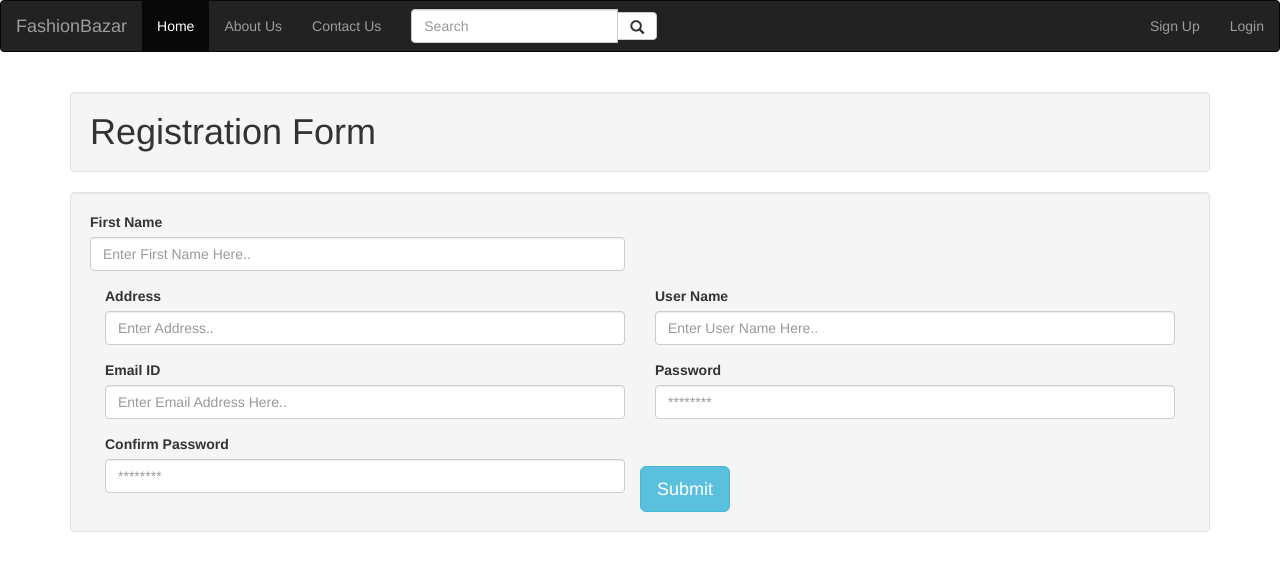
Repository: SmithaMendonca/Project-1
Page: http://localhost/FashionBazarFrontend/WEB-INF/views/Register.jsp
These files come from the project's save history. The page is drawn as it stood at one moment and after the next save; the edit follows.
The browser window is 1280 px wide. The pictures show the whole page.
The page is served by Tomcat 9. Nobody is signed in. Other server files are loaded and not shown. The template is opened directly, without the code that normally fills it, so the values that code supplies are empty.

Above is the page before, as saved 2019-06-05 13:42:18.

### FashionBazarFrontend/src/main/webapp/WEB-INF/views/Register.jsp
<%@include file="Header.jsp"%>
<div class="container">
    <h1 class="well">Registration Form</h1>
	<div class="col-lg-12 well">
	<div class="row">
				<form method="post" action="<c:url value="/registration"/>">
					<div class="col-sm-12">
						<div class="row">
							<div class="col-sm-6 form-group">
								<label>First Name</label>
								<input type="text" name="customerName" placeholder="Enter First Name Here.." class="form-control">
							</div>
						</div>
						<div class="col-sm-6 form-group">
							<label>Address</label>
							<input type="text"  class="form-control" name="address" placeholder="Enter Address..">
						</div>
						<div class="col-sm-6 form-group">
						<label>User Name</label>
						<input type="text" name="userName" placeholder="Enter User Name Here.." class="form-control">
					</div>
					<div class="col-sm-6 form-group">
						<label>Email ID</label>
						<input type="text" name="email" placeholder="Enter Email Address Here.." class="form-control">
					</div>
					<div class="col-sm-6 form-group">
						<label>Password</label>
						<input type="password"  class="form-control" name="password" placeholder="********" id="pass">
					</div>
					<div class="col-sm-6 form-group">
						<label>Confirm Password</label>
						<input type="password"  class="form-control" name="confirm-password" placeholder="********" id="confirmpass">
					</div>
					<div class="col-sm-6 form-group">
                        <input name="role" type="hidden" value="ROLE_USER"/>
                     </div>

                     <div class="col-sm-6 form-group">
                          <input name="enabled" type="hidden" value="true"/>
                       </div>
					<button type="submit" class="btn btn-lg btn-info" onclick="return Validate()">Submit</button>
					</div>
				</form>
				</div>
	</div>
	</div>
	 <!-- Validating Password -->
<script type="text/javascript">

function Validate()
{

    var password = document.getElementById("pass").value;

    var confirmpass = document.getElementById("confirmpass").value;

    if (password != confirmpass)
     {

        alert("Password does Not Match.");
         return false;

     }
      return true;
}
</script>

</body>
</html>

### FashionBazarFrontend/src/main/webapp/WEB-INF/views/Header.jsp
<%@ page language="java" contentType="text/html"%>
<%@ taglib uri="http://java.sun.com/jsp/jstl/core" prefix="c"%>
<%@taglib prefix="form" uri="http://www.springframework.org/tags/form"%>
<html>
<head>
<title>Welcome to Fashion Bazar</title>
 <meta charset="utf-8">
 <meta name="viewport" content="width=device-width, initial-scale=1">
 <link rel="stylesheet" href="https://maxcdn.bootstrapcdn.com/bootstrap/3.4.0/css/bootstrap.min.css">
  <script src="https://ajax.googleapis.com/ajax/libs/jquery/3.4.0/jquery.min.js"></script>
  <script src="https://maxcdn.bootstrapcdn.com/bootstrap/3.4.0/js/bootstrap.min.js"></script>
</head>
<body>
	  <nav class="navbar navbar-inverse">
      <div class="container-fluid">
        <div class="navbar-header">
	         <a class="navbar-brand" href="#">FashionBazar</a>
        </div>
        <ul class="nav navbar-nav">
         <c:if test="${!sessionScope.loggedIn }">
	      <li class="active"><a href="index.jsp">Home</a></li>
          <li><a href="<c:url value="/aboutus"/>">About Us</a></li>
          <li><a href="<c:url value="/contactus"/>">Contact Us</a></li>
          <form class="navbar-form navbar-left">
  				<div class="input-group">
    			  <input type="text" class="form-control" placeholder="Search">
   				 	<div class="input-group-btn">
      				<button class="btn btn-default" type="submit">
        				<i class="glyphicon glyphicon-search"></i>
      				</button>
    				</div>
  				</div>
			</form>
         </c:if>

         <c:if test="${sessionScope.loggedIn }">
               <c:if test="${sessionScope.role=='ROLE_ADMIN' }">
	      <li><a href="<c:url value="/category"/>">Category Management</a></li>
          <li><a href="<c:url value="/product"/>">Product Management</a></li>
               </c:if>
         </c:if>

          <c:if test="${sessionScope.loggedIn }">
              <c:if test="${sessionScope.role=='ROLE_USER' }">
           <li><a href="<c:url value="/productPage"/>">Products</a></li>
          <li><a href="<c:url value="/showCart"/>">Cart</a></li>
              </c:if>
          </c:if>
       </ul>

       <ul class="nav navbar-nav navbar-right">
         <c:if test="${!sessionScope.loggedIn }">
	     	<li><a href="<c:url value="/register"/>"><span-class="glyphicon glyphicon-user"></span> Sign Up</a></li>
        	 <li><a href="<c:url value="/login"/>"><span-class="glyphicon glyphicon-log-in"></span> Login</a></li>
         </c:if>

         <c:if test="${sessionScope.loggedIn }">
            <li><a href="#"><span-class="glyphicon glyphicon-user"></span> ${sessionScope.username}</a></li>
            <li><a href="<c:url value="/perform_logout"/>"><span-class="glyphicon glyphicon-log-in"></span> Logout</a></li>
         </c:if>
       </ul>
     </div>
    </nav>
</body>
</html>

After the next save:
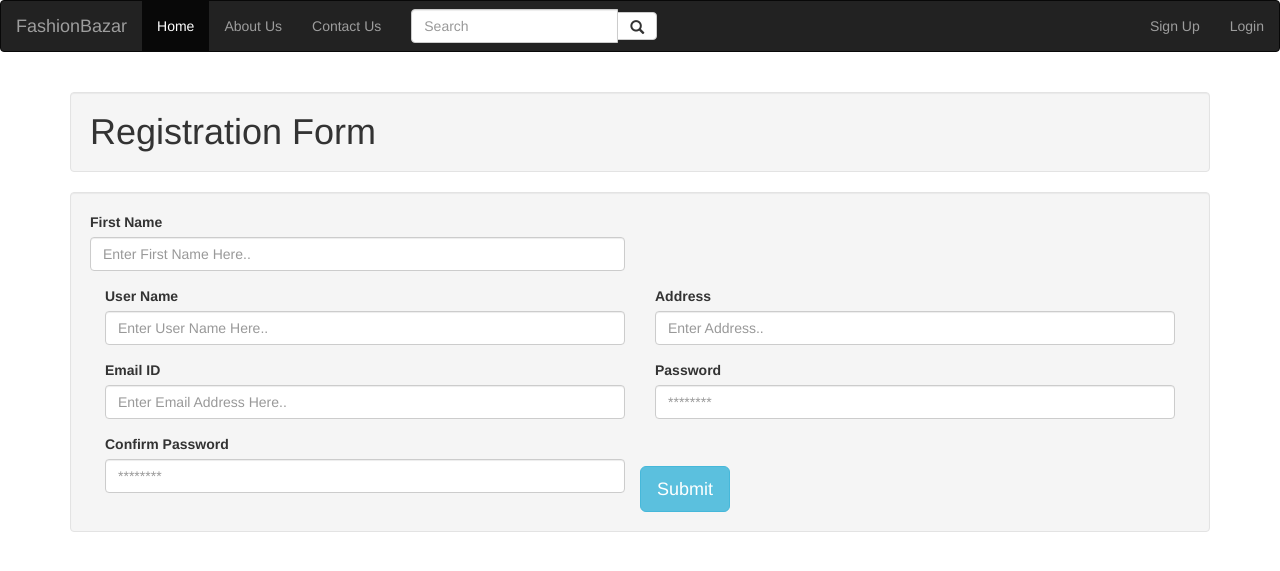
Saved 71 s later.
--- a/FashionBazarFrontend/src/main/webapp/WEB-INF/views/Register.jsp
+++ b/FashionBazarFrontend/src/main/webapp/WEB-INF/views/Register.jsp
@@ -12,13 +12,14 @@
 							</div>
 						</div>
 						<div class="col-sm-6 form-group">
+						<label>User Name</label>
+						<input type="text" name="userName" placeholder="Enter User Name Here.." class="form-control">
+					    </div>
+						<div class="col-sm-6 form-group">
 							<label>Address</label>
 							<input type="text"  class="form-control" name="address" placeholder="Enter Address..">
 						</div>
-						<div class="col-sm-6 form-group">
-						<label>User Name</label>
-						<input type="text" name="userName" placeholder="Enter User Name Here.." class="form-control">
-					</div>
+
 					<div class="col-sm-6 form-group">
 						<label>Email ID</label>
 						<input type="text" name="email" placeholder="Enter Email Address Here.." class="form-control">
